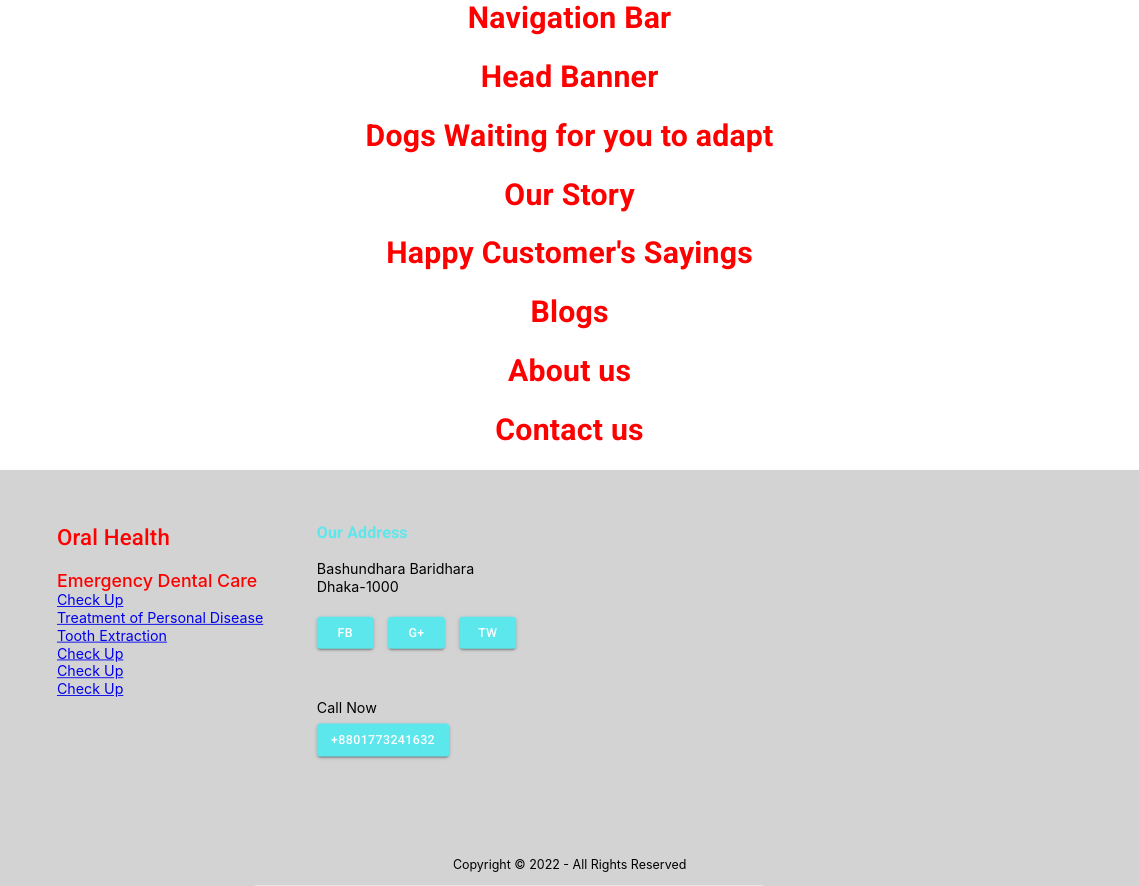
Repository: Sharif-00112/dogos-paradise-client
Page: /
These files come from the project's save history. The page is drawn as it stood at one moment and after the next save; the edit follows.
The browser window is 1280 px wide. The pictures show the whole page, at 89% of full size.
The project was rebuilt for these pictures with package versions that can differ from the ones it lists, and the page was loaded fresh each time. Also part of the build but not shown: src/Pages/Login/Login/Login.js, src/Pages/Login/Register/Register.js, src/Pages/NotFound/NotFound.js.

Above is the page before, as saved 2022-11-30 22:35:56.

### public/index.html
<!DOCTYPE html>
<html lang="en">
  <head>
    <meta charset="utf-8" />
    <link rel="icon" href="%PUBLIC_URL%/favicon.ico" />
    <meta name="viewport" content="width=device-width, initial-scale=1" />
    <meta name="theme-color" content="#000000" />
    <meta
      name="description"
      content="Web site created using create-react-app"
    />
    <link
      rel="stylesheet" href="https://fonts.googleapis.com/css?family=Roboto:300,400,500,700&display=swap"
    />

    <link rel="apple-touch-icon" href="%PUBLIC_URL%/logo192.png" />
    <!--
      manifest.json provides metadata used when your web app is installed on a
      user's mobile device or desktop. See https://developers.google.com/web/fundamentals/web-app-manifest/
    -->
    <link rel="manifest" href="%PUBLIC_URL%/manifest.json" />
    <!--
      Notice the use of %PUBLIC_URL% in the tags above.
      It will be replaced with the URL of the `public` folder during the build.
      Only files inside the `public` folder can be referenced from the HTML.

      Unlike "/favicon.ico" or "favicon.ico", "%PUBLIC_URL%/favicon.ico" will
      work correctly both with client-side routing and a non-root public URL.
      Learn how to configure a non-root public URL by running `npm run build`.
    -->
    <title>React App</title>
  </head>
  <body>
    <noscript>You need to enable JavaScript to run this app.</noscript>
    <div id="root"></div>
    <!--
      This HTML file is a template.
      If you open it directly in the browser, you will see an empty page.

      You can add webfonts, meta tags, or analytics to this file.
      The build step will place the bundled scripts into the <body> tag.

      To begin the development, run `npm start` or `yarn start`.
      To create a production bundle, use `npm run build` or `yarn build`.
    -->
  </body>
</html>

### src/App.js
import React  from 'react';
import './App.css';
import { BrowserRouter as Router, Route, Routes} from 'react-router-dom';
import Home from './Pages/Home/Home/Home';
import Login from './Pages/Login/Login/Login';
import Register from './Pages/Login/Register/Register';
import AuthProvider from './contexts/AuthProvider/AuthProvider';
// import PrivateRoute from './Pages/Login/PrivateRoute/PrivateRoute';
import NotFound from './Pages/NotFound/NotFound';
import Contact from './Pages/Home/Contact/Contact';
import Products from './Pages/Home/Products/Products';
import Story from './Pages/Home/Story/Story';
import CustomerReviews from './Pages/Home/CustomerReviews/CustomerReviews';
import Blogs from './Pages/Home/Blogs/Blogs';
import About from './Pages/Home/About/About';
// import Footer from './Pages/Shared/Footer/Footer';
// import Dashboard from './Pages/Dashboard/Dashboard/Dashboard';

function App() {
  return (
    <div className="App">
      <AuthProvider>
        <Router>
          <Routes>
            <Route exact path = '/' element={<Home/>}/>
            <Route exact path = '/home' element={<Home/>}/>
            <Route exact path = '/login' element={<Login/>}/>
            <Route exact path = '/register' element={<Register/>}/>
            <Route exact path = '/contact' element={<Contact/>}/>
            <Route exact path = '/products' element={<Products/>}/>
            <Route exact path = '/story' element={<Story/>}/>
            <Route exact path = '/reviews' element={<CustomerReviews/>}/>
            <Route exact path = '/blogs' element={<Blogs/>}/>
            <Route exact path = '/about' element={<About/>}/>
            {/* <Route exact path = '/appointment' element = {
              <PrivateRoute>
                <Appointment></Appointment>
              </PrivateRoute>
            }> </Route> */}
            {/* <Route path = 'dashboard/*' element = {
              <PrivateRoute>
                <Dashboard></Dashboard>
              </PrivateRoute>
            }> </Route> */}
            <Route path = '*' element={<NotFound/>}/>
          </Routes>
          {/* <Footer></Footer> */}
        </Router>
      </AuthProvider>
    </div>
  );
}

export default App;

### src/Pages/Home/Home/Home.js
import React from 'react';
import Footer from '../../Shared/Footer/Footer';
import Navigation from '../../Shared/Navigation/Navigation';
import About from '../About/About';
import Banner from '../Banner/Banner';
import Blogs from '../Blogs/Blogs';
import Contact from '../Contact/Contact';
import CustomerReviews from '../CustomerReviews/CustomerReviews';
import Products from '../Products/Products';
import Story from '../Story/Story';

const Home = () => {
    return (
        <div>
            <Navigation></Navigation>
            <Banner></Banner>
            <Products></Products>
            <Story></Story>
            <CustomerReviews></CustomerReviews>
            <Blogs></Blogs>
            <About></About>
            <Contact></Contact>
            <Footer></Footer>
        </div>
    );
};

export default Home;

### src/contexts/AuthProvider/AuthProvider.js
import React from 'react';
import { createContext } from 'react';
import useFirebase from '../../hooks/useFirebase';

//step-1-context
export const AuthContext = createContext();

const AuthProvider = (props) => {
    //step-3-context
    const {children} = props;

    //step-5-context
    const allContexts = useFirebase();

    return (
        //step-2-context
        <AuthContext.Provider value={allContexts}>
            {children}
        </AuthContext.Provider>
    );
};

export default AuthProvider;

### src/Pages/Home/Contact/Contact.js
import React from 'react';
import { Typography } from '@mui/material';

const Contact = () => {
    return (
        <div>
            <Typography sx={{ m: 3, color: 'red', fontWeight: 600 }} variant="h4" component="div">
                Contact us
            </Typography>
        </div>
    );
};

export default Contact;

### src/Pages/Home/Products/Products.js
import React from 'react';
import { Typography } from '@mui/material';

const Products = () => {
    return (
        <div>
            <Typography sx={{ m: 3, color: 'red', fontWeight: 600 }} variant="h4" component="div">
                Dogs Waiting for you to adapt
            </Typography>
        </div>
    );
};

export default Products;

### src/Pages/Home/Story/Story.js
import React from 'react';
import { Typography } from '@mui/material';


const Story = () => {
    return (
        <div>
            <Typography sx={{ m: 3, color: 'red', fontWeight: 600 }} variant="h4" component="div">
                Our Story
            </Typography>
        </div>
    );
};

export default Story;

### src/Pages/Home/CustomerReviews/CustomerReviews.js
import React from 'react';
import { Typography } from '@mui/material';


const CustomerReviews = () => {
    return (
        <div>
            <Typography sx={{ m: 3, color: 'red', fontWeight: 600 }} variant="h4" component="div">
                Happy Customer's Sayings
            </Typography>
        </div>
    );
};

export default CustomerReviews;

### src/Pages/Home/Blogs/Blogs.js
import React from 'react';
import { Typography } from '@mui/material';


const Blogs = () => {
    return (
        <div>
            <Typography sx={{ m: 3, color: 'red', fontWeight: 600 }} variant="h4" component="div">
                Blogs
            </Typography>
        </div>
    );
};

export default Blogs;

### src/Pages/Home/About/About.js
import React from 'react';
import { Typography } from '@mui/material';

const About = () => {
    return (
        <div>
            <Typography sx={{ m: 3, color: 'red', fontWeight: 600 }} variant="h4" component="div">
                About us
            </Typography>
        </div>
    );
};

export default About;

### src/Pages/Shared/Footer/Footer.js
import React from 'react';
import { Typography } from '@mui/material';
import { Container } from '@mui/system';
import Box from '@mui/material/Box';
import Grid from '@mui/material/Unstable_Grid2';
import { Link } from 'react-router-dom';
import { Button } from '@mui/material';


const Footer = () => {
    return (
        // <div>
        //     <Typography sx={{ m: 3, color: 'red', fontWeight: 600 }} variant="h4" component="div">
        //         Footer Area
        //     </Typography>
        // </div>

        <div style={{ backgroundColor: 'lightgray' }}>
        <Container sx={{ py: 5 }}>
            <Box sx={{ flexGrow: 1 }}>
                <Grid container spacing={2}>
                    <Grid item style={{ textAlign: 'left'}} xs={6} md={3}>
                        <Typography sx={{ my:2, fontSize: 18, fontWeight: 600 }} style={{color: 'red', fontWeight: 500, fontSize: 25 }} variant="h6" component="div">
                            Oral Health
                        </Typography>
                        <Link style={{ textDecoration:'none', color: 'red', fontWeight: 500, fontSize: 20 }} to = '/emergencyDentalCare'>
                            Emergency Dental Care
                        </Link>
                        <br />
                        <Link to = '/checkUp'>
                            Check Up
                        </Link>
                        <br />
                        <Link to = '/treatmentOfPersonalDisease'>
                            Treatment of Personal Disease
                        </Link>
                        <br />
                        <Link to = '/toothExtraction'>
                            Tooth Extraction
                        </Link>
                        <br />
                        <Link to = '/checkUp'>
                            Check Up
                        </Link>
                        <br />
                        <Link to = '/checkUp'>
                            Check Up
                        </Link>
                        <br />
                        <Link to = '/checkUp'>
                            Check Up
                        </Link>
                    </Grid>
                    <Grid item style={{ textAlign: 'left'}} xs={6} md={3}>
                        <Typography sx={{ my:2, fontSize: 18, fontWeight: 600 }} style={{color: '#5CE7ED'}} variant="h6" component="div">
                            Our Address
                        </Typography>
                        <Typography sx={{ fontSize: 16, fontWeight: 400 }} variant="" component="div">
                                Bashundhara Baridhara <br />
                                Dhaka-1000
                        </Typography>

                        {/* <Button>
                            <FontAwesomeIcon icon={faShoppingCart} /> Cart
                            <FontAwesomeIcon icon="fa-brands fa-facebook" />
                        </Button> */}

                        <a href="https://www.facebook.com/" target="_blank" style={{ textDecoration:'none', color:'white' }}>
                            <Button sx={{ mt:3, mr:2 }} variant="contained" style={{backgroundColor: '#5CE7ED'}}>
                                FB
                            </Button>
                        </a>
                        <a href="https://www.google.com/" target="_blank" style={{ textDecoration:'none', color:'white' }}>
                            <Button sx={{ mt:3, mr:2 }} variant="contained" style={{backgroundColor: '#5CE7ED'}}>
                                G+
                            </Button>
                        </a>
                        <a href="https://twitter.com/" target="_blank" style={{ textDecoration:'none', color:'white' }}>
                            <Button sx={{ mt:3, mr:2 }} variant="contained" style={{backgroundColor: '#5CE7ED'}}>
                                TW
                            </Button>
                        </a>

                        <Typography sx={{ mt:7, fontSize: 16, fontWeight: 400 }} variant="" component="div">
                                Call Now
                        </Typography>
                        <a href="tel:+8801773241632" style={{ textDecoration:'none', color:'white' }}>
                            <Button sx={{ mt:1, mr:2 }} variant="contained" style={{backgroundColor: '#5CE7ED'}}>
                                +8801773241632
                            </Button>
                        </a>
                    </Grid>
                </Grid>
            </Box>
        </Container>
        <Typography sx={{ p:2, mt:7, fontSize: 14, fontWeight: 400 }} variant="" component="div">
            Copyright &copy; 2022 - All Rights Reserved
        </Typography>
    </div>
    );
};

export default Footer;

### src/Pages/Shared/Navigation/Navigation.js
import React from 'react';
import { Typography } from '@mui/material';

const Navigation = () => {
    return (
        <div>
            <Typography sx={{ mx: 3, color: 'red', fontWeight: 600 }} variant="h4" component="div">
                Navigation Bar
            </Typography>
        </div>
    );
};

export default Navigation;

### src/Pages/Home/Banner/Banner.js
import React from 'react';
import { Typography } from '@mui/material';

const Banner = () => {
    return (
        <div>
            <Typography sx={{ m: 3, color: 'red', fontWeight: 600 }} variant="h4" component="div">
                Head Banner
            </Typography>
        </div>
    );
};

export default Banner;

### src/Pages/Login/Firebase/firebase.initialize.js
import { initializeApp } from "firebase/app";
import firebaseConfig from "./firebase.config";

const initializeAuthentication = () =>{
    initializeApp(firebaseConfig);
}

export default initializeAuthentication;

### src/Pages/Login/Firebase/firebase.config.js
// console.log(process.env);

const firebaseConfig = {
  apiKey: process.env.REACT_APP_FIREBASE_API_KEY,
  authDomain: process.env.REACT_APP_FIREBASE_AUTH_DOMAIN,
  projectId: process.env.REACT_APP_FIREBASE_PROJECT_ID,
  storageBucket: process.env.REACT_APP_FIREBASE_STORAGE_BUCKET,
  messagingSenderId: process.env.REACT_APP_FIREBASE_MESSAGING_SENDER_ID,
  appId: process.env.REACT_APP_FIREBASE_APP_ID,
  measurementId: process.env.REACT_APP_FIREBASE_MEASUREMENT_ID
};

export default firebaseConfig;

// .env.local
// REACT_APP_FIREBASE_API_KEY=AIzaSyCGaQ8G2l5KeOKX4bAJ7MC19oWW_2vnTNQ
// REACT_APP_FIREBASE_AUTH_DOMAIN=dogos-paradise.firebaseapp.com
// REACT_APP_FIREBASE_PROJECT_ID=dogos-paradise
// REACT_APP_FIREBASE_STORAGE_BUCKET=dogos-paradise.appspot.com
// REACT_APP_FIREBASE_MESSAGING_SENDER_ID=824394057307
// REACT_APP_FIREBASE_APP_ID=1:824394057307:web:727ac0c86627b9544a617e
// REACT_APP_FIREBASE_MEASUREMENT_ID=G-DL8JJ6MYSD

// const firebaseConfig = {
  // apiKey: "AIzaSyCGaQ8G2l5KeOKX4bAJ7MC19oWW_2vnTNQ",
  // authDomain: "dogos-paradise.firebaseapp.com",
  // projectId: "dogos-paradise",
  // storageBucket: "dogos-paradise.appspot.com",
  // messagingSenderId: "824394057307",
  // appId: "1:824394057307:web:727ac0c86627b9544a617e",
  // measurementId: "G-DL8JJ6MYSD"
// };

Loaded but not shown: src/index.js (common file); src/index.css (common file); src/reportWebVitals.js (common file); src/App.css (common file); src/hooks/useFirebase.js (273 lines, source omitted)

After the next save:
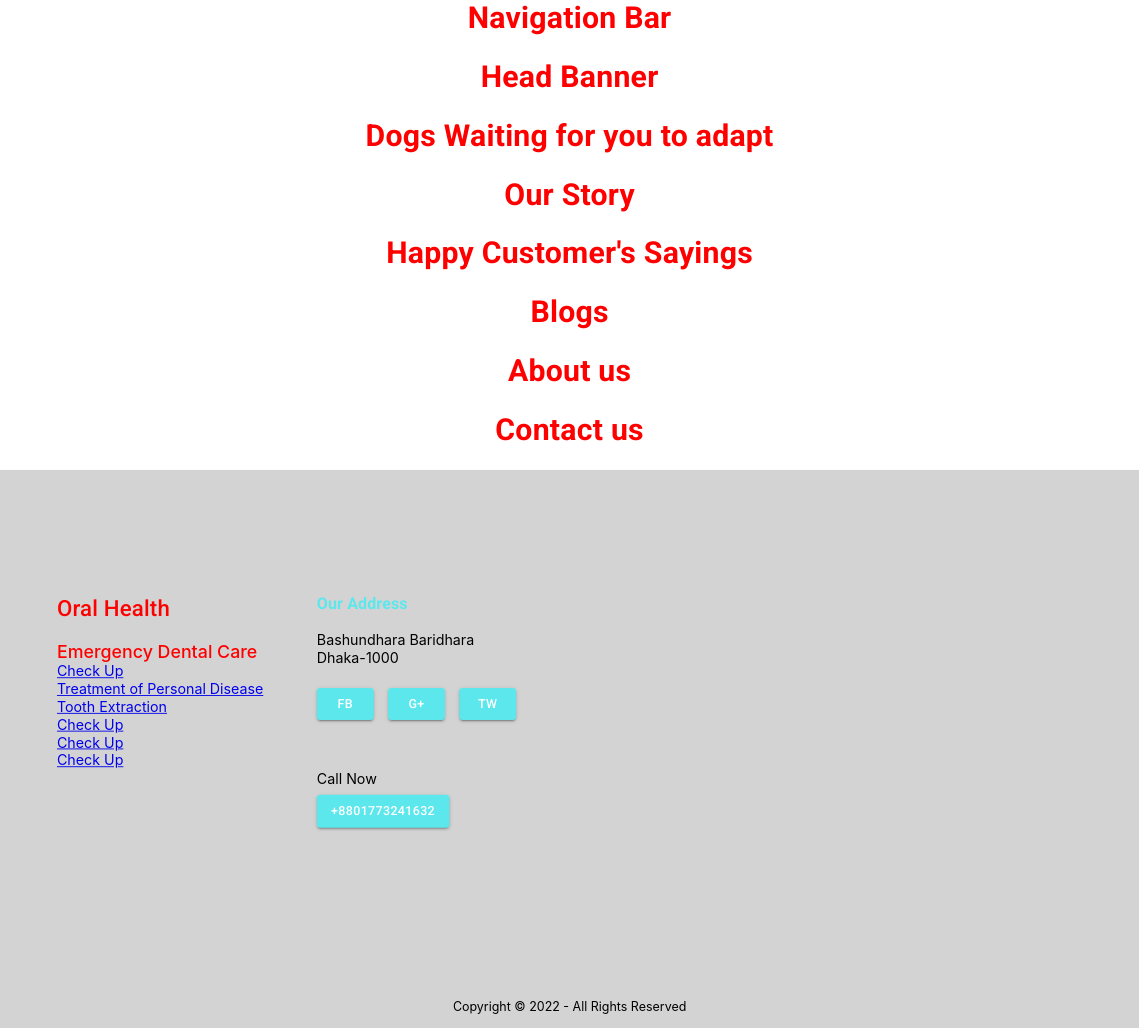
Saved 16 s later.
--- a/src/Pages/Shared/Footer/Footer.js
+++ b/src/Pages/Shared/Footer/Footer.js
@@ -16,7 +16,7 @@
         // </div>
 
         <div style={{ backgroundColor: 'lightgray' }}>
-        <Container sx={{ py: 5 }}>
+        <Container sx={{ py: 15 }}>
             <Box sx={{ flexGrow: 1 }}>
                 <Grid container spacing={2}>
                     <Grid item style={{ textAlign: 'left'}} xs={6} md={3}>

After the save that followed:
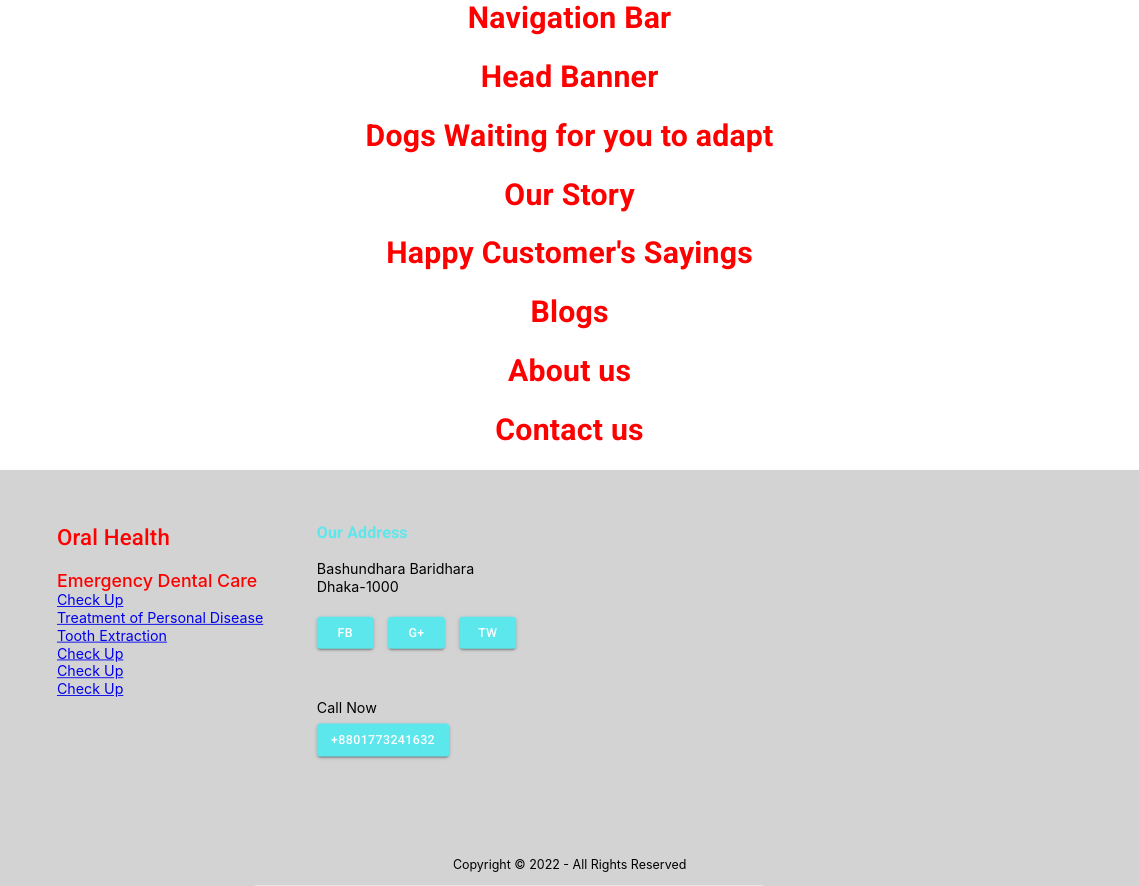
Saved 13 s later.
--- a/src/Pages/Shared/Footer/Footer.js
+++ b/src/Pages/Shared/Footer/Footer.js
@@ -16,7 +16,7 @@
         // </div>
 
         <div style={{ backgroundColor: 'lightgray' }}>
-        <Container sx={{ py: 15 }}>
+        <Container sx={{ py: 5, px:10 }}>
             <Box sx={{ flexGrow: 1 }}>
                 <Grid container spacing={2}>
                     <Grid item style={{ textAlign: 'left'}} xs={6} md={3}>
